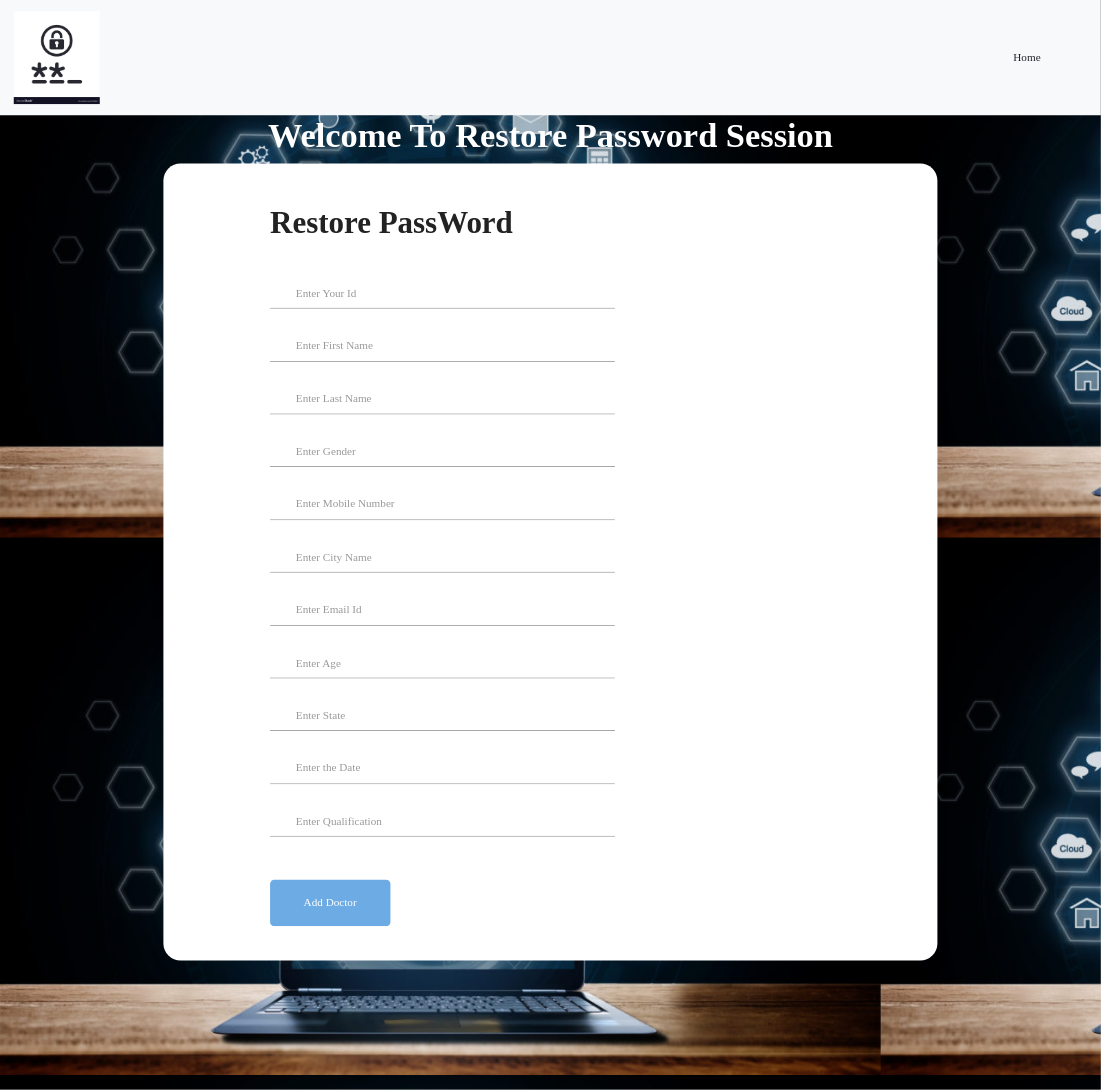
Repository: Sunil-731820/AllWorkingModels
Page: http://localhost/PasswordManagerApp/AddQuestionForFutureRestorePassword.jsp
These files come from the project's save history. The page is drawn as it stood at one moment and after the next save; the edit follows.
The browser window is 1280 px wide. The pictures show the whole page, at 86% of full size.
Some web fonts or font styles are not loaded; a fallback is used. Some web libraries are served in a nearby version. The page is served by Tomcat 9.

Above is the page before, as saved 2022-09-27 09:24:07.

After the next save:
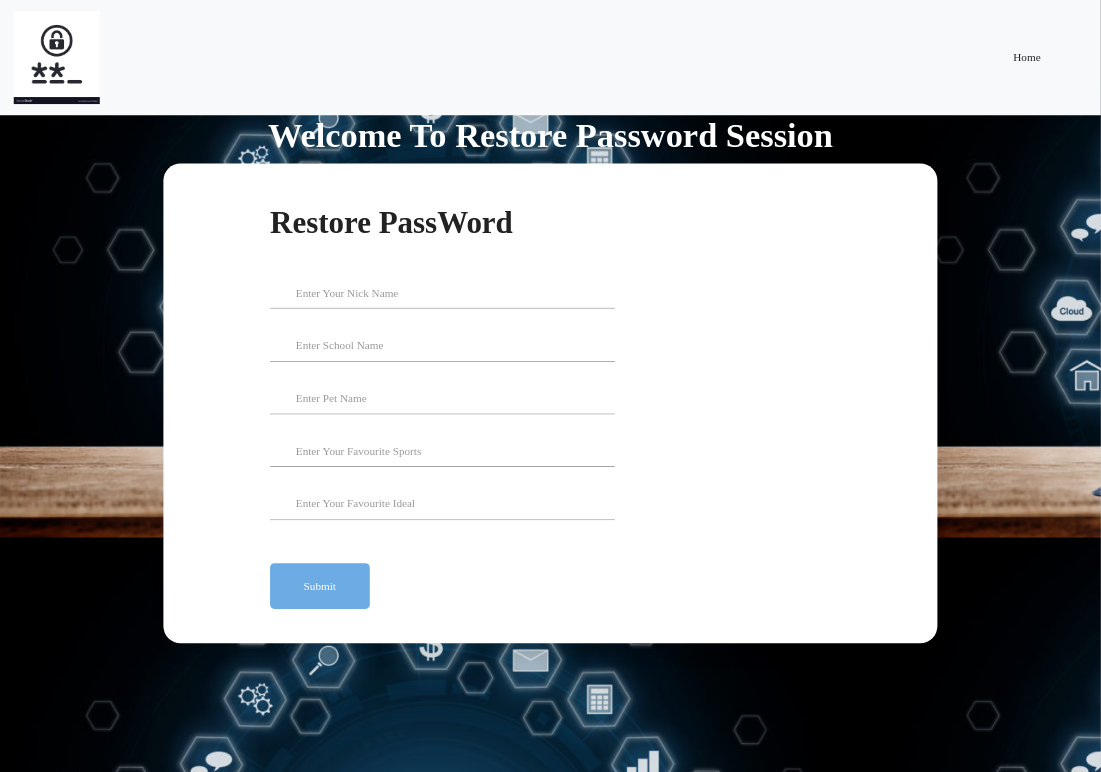
Saved 2 min 37 s later.
--- a/PasswordManagerApp/src/main/webapp/AddQuestionForFutureRestorePassword.jsp
+++ b/PasswordManagerApp/src/main/webapp/AddQuestionForFutureRestorePassword.jsp
@@ -70,51 +70,27 @@
                             <form class="register-form" id="register-form">
                                 <div class="form-group">
                                     <label for="email"><i class="zmdi zmdi-email"></i></label>
-                                    <input type="number" name="id" id="email" placeholder="Enter Your Id" required="required" />
+                                    <input type="number" name="id" id="email" placeholder="Enter Your Nick Name" required="required" />
                                 </div>
                                 <div class="form-group">
                                     <label for="pass"><i class="zmdi zmdi-lock"></i></label>
-                                    <input type="text" name="fname" id="pass" placeholder="Enter First Name" required="required"/>
+                                    <input type="text" name="fname" id="pass" placeholder="Enter School Name" required="required"/>
                                 </div>
                                 <div class="form-group">
                                     <label for="pass"><i class="zmdi zmdi-lock"></i></label>
-                                    <input type="text" name="lname" id="pass" placeholder="Enter Last Name" required="required"/>
+                                    <input type="text" name="lname" id="pass" placeholder="Enter Pet Name" required="required"/>
                                 </div>
                                 <div class="form-group">
                                     <label for="pass"><i class="zmdi zmdi-lock"></i></label>
-                                    <input type="text" name="gender" id="pass" placeholder="Enter Gender" required="required"/>
+                                    <input type="text" name="gender" id="pass" placeholder="Enter Your Favourite Sports" required="required"/>
                                 </div>
                                 <div class="form-group">
                                     <label for="pass"><i class="zmdi zmdi-lock"></i></label>
-                                    <input type="text" name="mobile" id="pass" placeholder="Enter Mobile Number" required="required"/>
-                                </div>
-                                <div class="form-group">
-                                    <label for="pass"><i class="zmdi zmdi-lock"></i></label>
-                                    <input type="text" name="city" id="pass" placeholder="Enter City Name" required="required"/>
-                                </div>
-                                 <div class="form-group">
-                                    <label for="pass"><i class="zmdi zmdi-lock"></i></label>
-                                    <input type="text" name="email" id="pass" placeholder="Enter Email Id " required="required"/>
+                                    <input type="text" name="mobile" id="pass" placeholder="Enter Your Favourite Ideal " required="required"/>
                                 </div>
 
-                                <div class="form-group">
-                                    <label for="pass"><i class="zmdi zmdi-lock"></i></label>
-                                    <input type="text" name="age" id="pass" placeholder="Enter Age" required="required"/>
-                                </div>
-                                <div class="form-group">
-                                    <label for="pass"><i class="zmdi zmdi-lock"></i></label>
-                                    <input type="text" name="address" id="pass" placeholder="Enter State" required="required"/>
-                                </div>
-                                <div class="form-group">
-                                    <label for="pass"><i class="zmdi zmdi-lock"></i></label>
-                                    <input type="text" name="date" id="pass" placeholder="Enter the Date" required="required"/>
-                                </div>
-                                 <div class="form-group">
-                                    <label for="pass"><i class="zmdi zmdi-lock"></i></label>
-                                    <input type="text" name="qualification" id="pass" placeholder="Enter Qualification" required="required"/>
-                                </div>
                                 <div class="form-group form-button">
-                                    <input type="submit" name="signup" id="signup" class="form-submit" value="Add Doctor"/>
+                                    <input type="submit" name="signup" id="signup" class="form-submit" value="Submit"/>
                                 </div>
                             </form>
                         </div>
